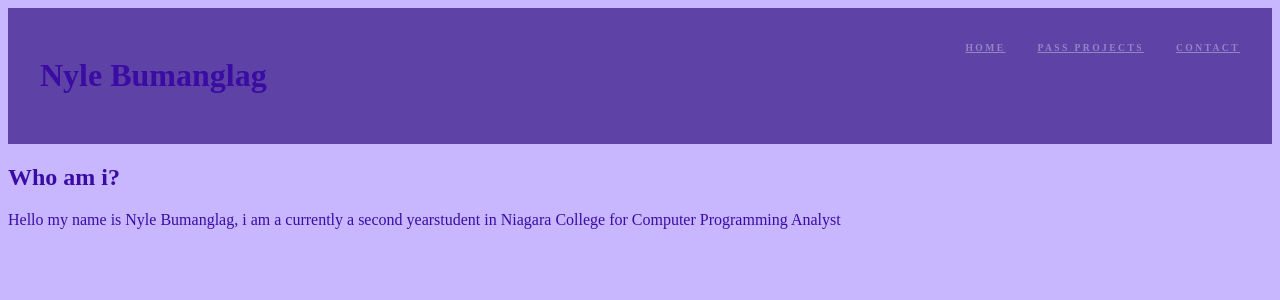
Repository: NyleNC/main
Page: index.html
These files come from the project's save history. The page is drawn as it stood at one moment and after the next save; the edit follows.
The browser window is 1280 px wide. The pictures show the whole page.

Above is the page before, as saved 2024-11-06 23:25:25.

After the next save:
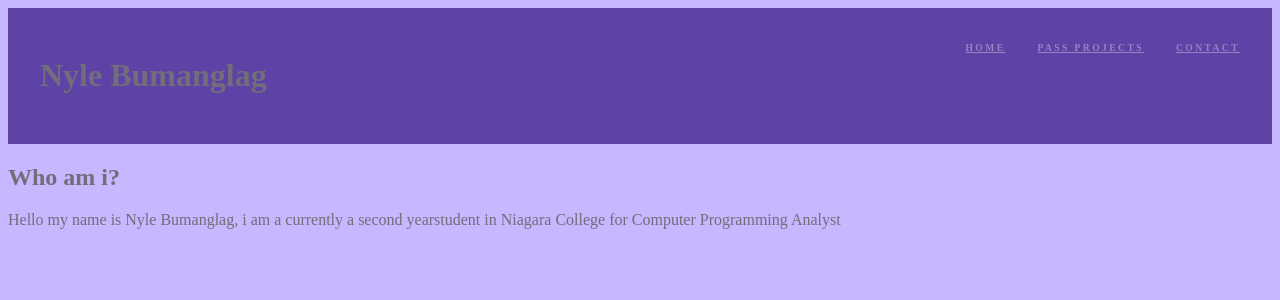
Saved 29 s later.
--- a/style.css
+++ b/style.css
@@ -1,6 +1,6 @@
 body{
     background: #c8b6ff;
-    color: #3a0ca3;
+    color: rgb(113, 109, 122);
 }
 
 #header {
